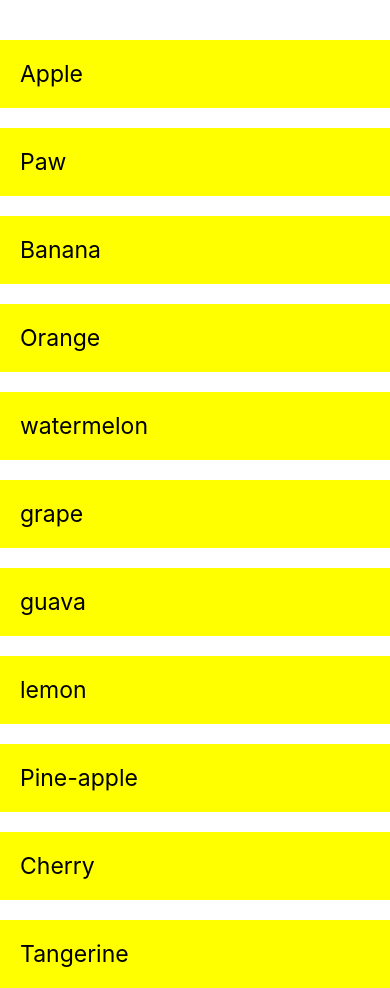
Repository: akinmiday/ReactNativeApp
Screen: /
An editor plug-in stored every save of this project. The screen is shown before and after the next save, followed by the edit.
An inner scrolling area shows only its first screen. The app was drawn by React Native's web renderer in a window 390 px wide. The project was rebuilt for these pictures with package versions that can differ from the ones it lists, and the page was loaded fresh each time. Some packages were replaced by stand-ins written for this rebuild.

Above is the screen before, as saved 2023-08-03 08:08:46.

### App.js
import { StatusBar } from "expo-status-bar";
import { useState } from "react";
import { StyleSheet, View, Text } from "react-native";

export default function App() {
  const [fruit, setFruit] = useState([
    { name: "Apple", key: "1" },
    { name: "Paw", key: "2" },
    { name: "Banana", key: "3" },
    { name: "Orange", key: "4" },
    { name: "watermelon", key: "5" },
    { name: "grape", key: "6" },
    { name: "guava", key: "7" },
    { name: "lemon", key: "8" },
    { name: "Pine-apple", key: "9" },
    { name: "Cherry", key: "10" },
    { name: "Tangerine", key: "11" },
  ]);
  return (
    <View style={styles.container}>
      {fruit.map((fruits) => {
        return (
          <View key={fruits.key}>
            <Text style={styles.fruits}>{fruits.name}</Text>
          </View>
        );
      })}
    </View>
  );
}

const styles = StyleSheet.create({
  container: {
    flex: 1,
    backgroundColor: "#fff",
    marginTop: 20,
  },
  fruits: {
    fontSize: 23,
    backgroundColor: "yellow",
    marginTop: 20,
    padding: 20,
  },
});

After the next save:
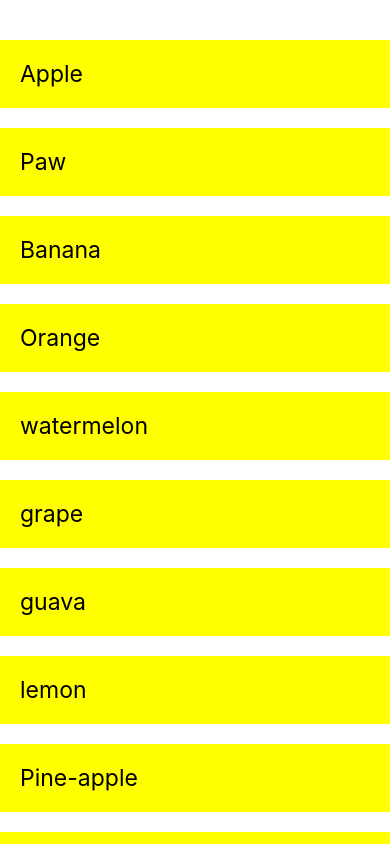
Saved 62 s later.
--- a/App.js
+++ b/App.js
@@ -1,6 +1,6 @@
 import { StatusBar } from "expo-status-bar";
 import { useState } from "react";
-import { StyleSheet, View, Text } from "react-native";
+import { StyleSheet, View, Text, ScrollView } from "react-native";
 
 export default function App() {
   const [fruit, setFruit] = useState([
@@ -18,13 +18,15 @@ export default function App() {
   ]);
   return (
     <View style={styles.container}>
-      {fruit.map((fruits) => {
-        return (
-          <View key={fruits.key}>
-            <Text style={styles.fruits}>{fruits.name}</Text>
-          </View>
-        );
-      })}
+      <ScrollView>
+        {fruit.map((fruits) => {
+          return (
+            <View key={fruits.key}>
+              <Text style={styles.fruits}>{fruits.name}</Text>
+            </View>
+          );
+        })}
+      </ScrollView>
     </View>
   );
 }
